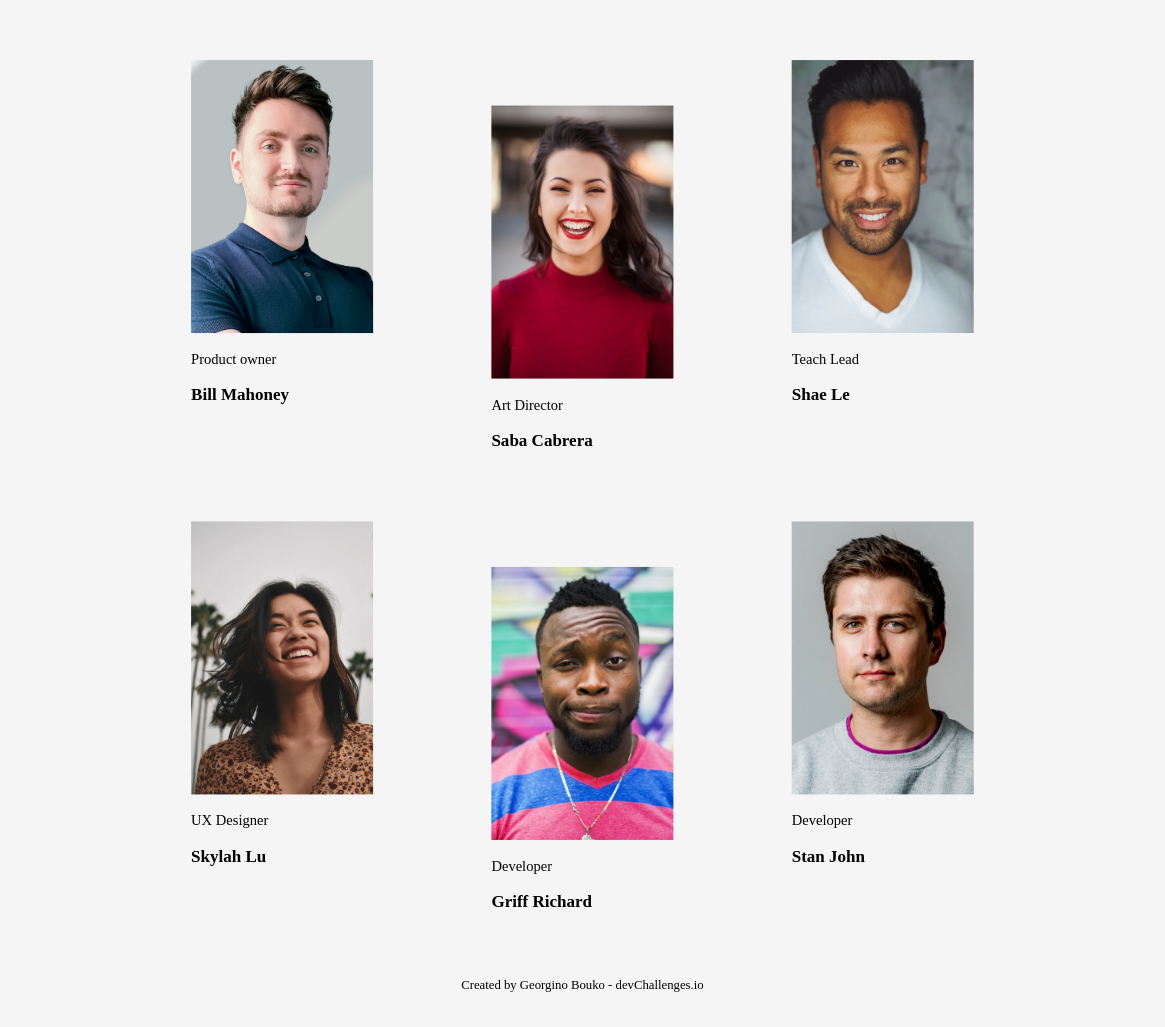
Repository: georgisenze/my-team-page-challeng
Page: index.html
The author's editor kept a copy of each file at every save. The page is drawn from the files as they stood at one save, then again after the next save.
The browser window is 1280 px wide. The pictures show the whole page, at 91% of full size.

Above is the page before, as saved 2023-02-22 22:36:11.

### index.html
<!DOCTYPE html>
<html lang="en">
<head>
    <meta charset="UTF-8">
    <meta http-equiv="X-UA-Compatible" content="IE=edge">
    <meta name="viewport" content="width=device-width, initial-scale=1.0">
    <title>My team page</title>

    <link rel="stylesheet" href="assets/css/style.css">
</head>
<body>
     <div class="container" id="container">
        <div class="box">
            <span>
                <img src="assets/img/photo1.png" alt="">
                <p>Product owner</p>
            </span>
            <h3>Bill Mahoney</h3>
        </div>
        <div class="box-centre">
            <span>
                <img src="assets/img/photo2.png" alt="">
                <p>Art Director</p>
            </span>
            <h3>Saba Cabrera</h3>
        </div>
        <div class="box">
            <span>
                <img src="assets/img/photo3.png" alt="">
                <p>Teach Lead</p>
            </span>
            <h3>Shae Le</h3>
        </div>
        <div class="box">
            <span>
                <img src="assets/img/photo4.png" alt="">
                <p>UX Designer</p>
            </span>
            <h3>Skylah Lu</h3>
        </div>
        <div class="box-centre">
            <span>
                <img src="assets/img/photo5.png" alt="">
                <p>Developer</p>
            </span>
            <h3>Griff Richard</h3>
        </div>
        <div class="box">
            <span>
                <img src="assets/img/photo6.png" alt="">
                <p>Developer</p>
            </span>
            <h3>Stan John</h3>
        </div>

    </div>
    <footer>
        <p>Created by <span>Georgino Bouko</span> - devChallenges.io </p>
    </footer>

</body>
</html>

### assets/css/style.css
  body{
    margin: 0;
    padding: 0;
    background-color: whitesmoke;
  }

  .container {
    writing-mode: horizontal-tb;
    display: grid;
    justify-content: center;
    justify-items: center;
    align-items: center;
    align-content: center;
    grid-template-columns: 320px 320px 320px;
    /* grid-template-rows: repeat(2,minmax(100px, auto)); */
    grid-auto-flow: row;
    gap: 10px;
    padding: 1em;
  }

  .box-centre{
    padding-top: 100px;
  }

  img {
    width: 200px;
    height: 300px;
  }

  .bospan{
    display: flex;
  }

  .bospan p {
    writing-mode: vertical-rl;
    text-orientation: mixed;
    font-weight: bold;
    font-size: 11px;
    text-transform: uppercase;
  }

  footer{
    text-align: center;
    padding: 24px 0;
    font-size: 14px;
}

  label {
    --flow-space: 1rem;
    display: grid;
    grid-template-columns: 180px min-content;
    gap: 0.2rem;
  }

After the next save:
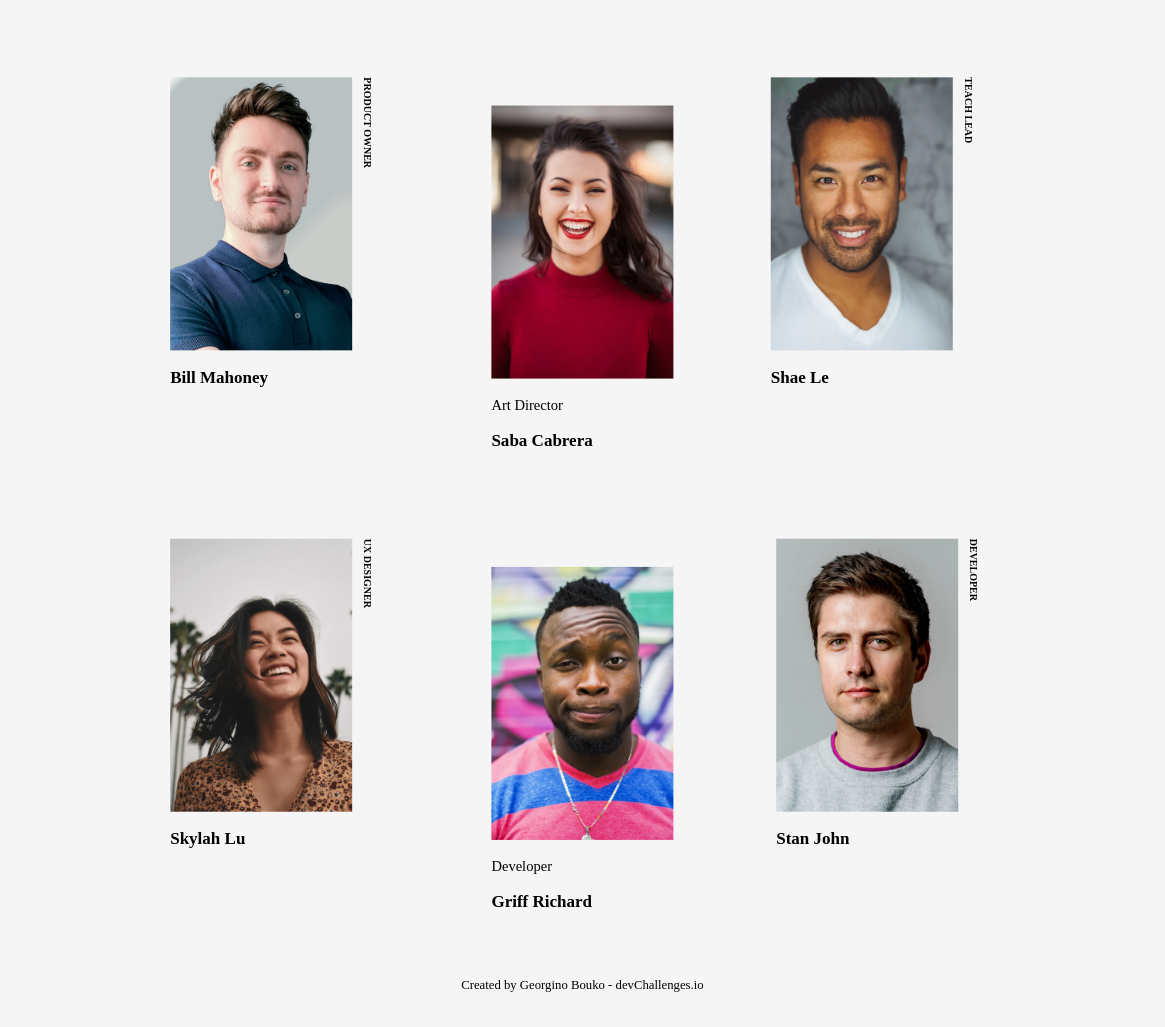
Saved 4 s later.
--- a/assets/css/style.css
+++ b/assets/css/style.css
@@ -27,11 +27,11 @@
     height: 300px;
   }
 
-  .bospan{
+  .box span{
     display: flex;
   }
 
-  .bospan p {
+  .box span p {
     writing-mode: vertical-rl;
     text-orientation: mixed;
     font-weight: bold;
